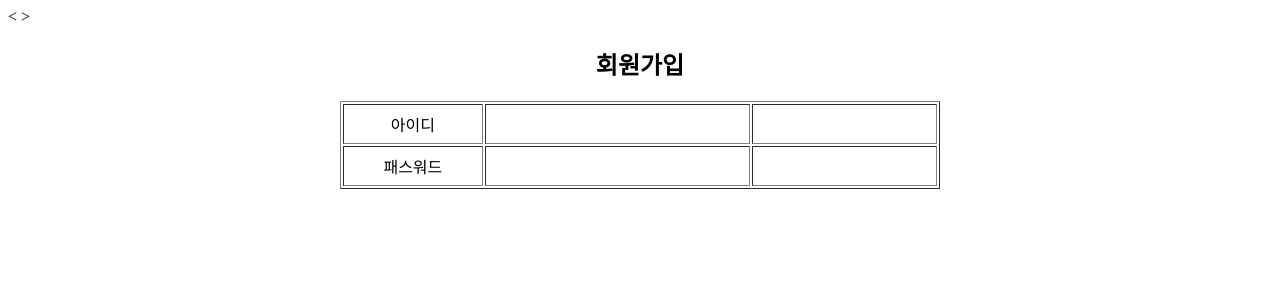
Repository: topblame/Bootcamp
Page: http://localhost/JSP_250408/chapter01/02_member.jsp
The author's editor kept a copy of each file at every save. The page is drawn from the files as they stood at one save, then again after the next save.
The browser window is 1280 px wide. The pictures show the whole page.
The page is served by Tomcat 9. Other server files are loaded and not shown.

Above is the page before, as saved 2025-06-24 03:46:19.

### WebMvc/JSP_250408/src/main/webapp/chapter01/02_member.jsp
<%@ page language="java" contentType="text/html; charset=UTF-8"
	pageEncoding="UTF-8"%>
<
<!DOCTYPE html PUBLIC "-//W3C//DTD HTML 4.01 Transitional//EN" "http://www.w3.org/TR/html4/loose.dtd">
>
<html>
<head>
<meta charset="UTF-8">
<title>Insert title here</title>
</head>
<body>
	<center>
		<h2>회원가입</h2>
		<form action="MemberJoinProc.jsp">
			<table width="600" border="1">
				<tr height="40">
					<td width="200" align="center">아이디</td>
					<td width = "400" align = "left"></td>
					<td>
						<input type="text" name="id" style="border: none; outline: none;">
					</td>
				</tr>

				<tr height="40">
					<td width="200" align="center">패스워드</td>
					<td width = "400" align = "left"></td>
					<td>
						<input type="password" name="pass1" style="border: none; outline: none;">
					</td>
				</tr>

			</table>
		</form>
	</center>
</body>
</html>

After the next save:
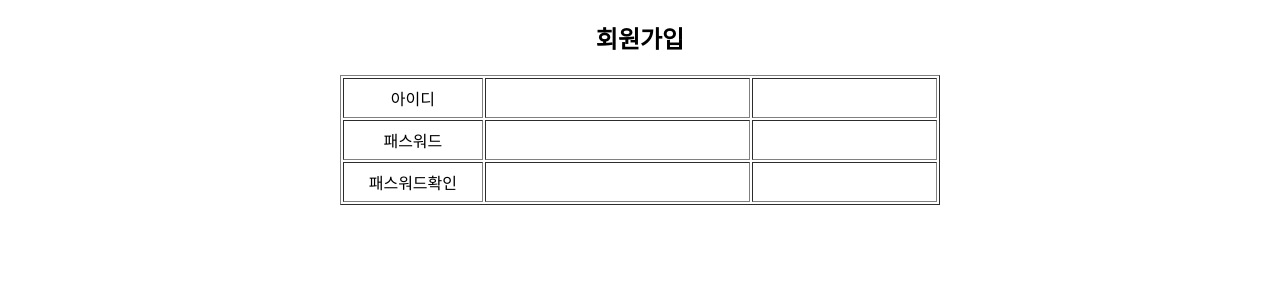
Saved 92 s later.
--- a/WebMvc/JSP_250408/src/main/webapp/chapter01/02_member.jsp
+++ b/WebMvc/JSP_250408/src/main/webapp/chapter01/02_member.jsp
@@ -1,8 +1,7 @@
 <%@ page language="java" contentType="text/html; charset=UTF-8"
 	pageEncoding="UTF-8"%>
-<
 <!DOCTYPE html PUBLIC "-//W3C//DTD HTML 4.01 Transitional//EN" "http://www.w3.org/TR/html4/loose.dtd">
->
+
 <html>
 <head>
 <meta charset="UTF-8">
@@ -29,6 +28,14 @@
 					</td>
 				</tr>
 
+				<tr height="40">
+					<td width="200" align="center">패스워드확인</td>
+					<td width = "400" align = "left"></td>
+					<td>
+						<input type="password" name="pass2" style="border: none; outline: none;">
+					</td>
+				</tr>
+
 			</table>
 		</form>
 	</center>
